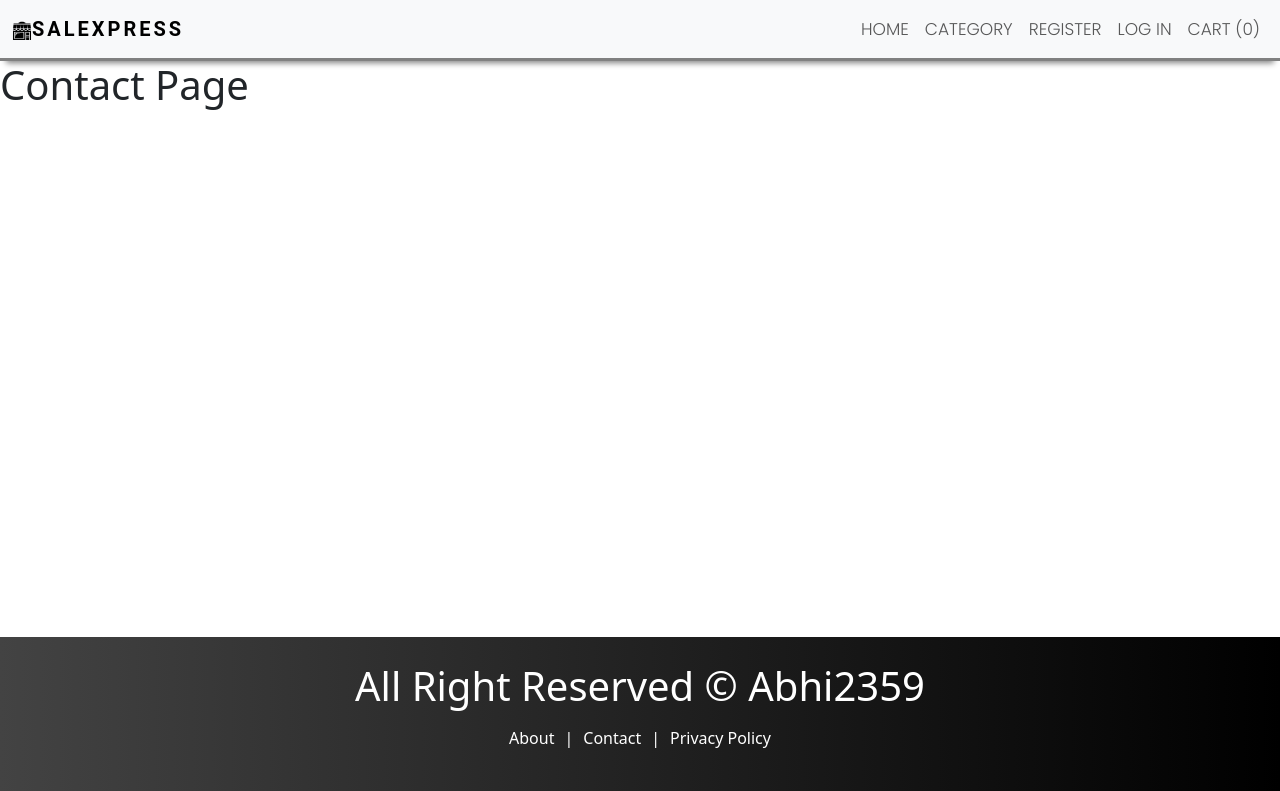
Repository: Abhi2359/SaleXpress
Page: /contact (app in client/)
These files come from the project's save history. The page is drawn as it stood at one moment and after the next save; the edit follows.
The browser window is 1280 px wide. The pictures show the whole page.
The project was rebuilt for these pictures with package versions that can differ from the ones it lists, and the page was loaded fresh each time. Also part of the build but not shown: client/vite.config.js, client/src/pages/HomePage.jsx, client/src/pages/About.jsx, client/src/pages/Policy.jsx, client/src/pages/PageNotFound.jsx.

Above is the page before, as saved 2023-05-08 19:35:33.

### client/index.html
<!DOCTYPE html>
<html lang="en">
  <head>
    <meta charset="UTF-8" />
    <link href="https://cdn.jsdelivr.net/npm/bootstrap@5.3.0-alpha3/dist/css/bootstrap.min.css" rel="stylesheet" integrity="sha384-KK94CHFLLe+nY2dmCWGMq91rCGa5gtU4mk92HdvYe+M/SXH301p5ILy+dN9+nJOZ" crossorigin="anonymous">
    <meta name="viewport" content="width=device-width, initial-scale=1.0" />
    <title>SaleXpress</title>
  </head>
  <body>
    <div id="root"></div>
    <script src="https://cdn.jsdelivr.net/npm/bootstrap@5.3.0-alpha3/dist/js/bootstrap.bundle.min.js" integrity="sha384-ENjdO4Dr2bkBIFxQpeoTz1HIcje39Wm4jDKdf19U8gI4ddQ3GYNS7NTKfAdVQSZe" crossorigin="anonymous"></script>
    <script type="module" src="/src/main.jsx"></script>
  </body>
</html>

### client/src/main.jsx
import React from 'react'
import ReactDOM from 'react-dom/client'
import App from './App.jsx'
import './index.css'
import {BrowserRouter} from "react-router-dom"

ReactDOM.createRoot(document.getElementById('root')).render(
  <BrowserRouter>

  <React.StrictMode>
    <App />
  </React.StrictMode>
  </BrowserRouter>
)

### client/src/App.jsx

import {Routes,Route} from "react-router-dom"
import Homepage from "./pages/HomePage"
import About from "./pages/About"
import Policy from "./pages/Policy"
import PageNotFound from "./pages/PageNotFound"
import Contact from "./pages/Contact"
function App() {

  return (
    <>

<Routes>
  <Route path='/' element={<Homepage/>}/>
  <Route path='/about' element={<About/>}/>
  <Route path='/contact' element={<Contact/>}/>
  <Route path='/policy' element={<Policy/>}/>
  <Route path='*' element={<PageNotFound/>}/>

</Routes>


    </>
  )
}

export default App

### client/src/index.css

@import url('https://fonts.googleapis.com/css2?family=Heebo:wght@600&family=Kumbh+Sans:wght@800&family=Playfair+Display:wght@700&family=Poppins:ital,wght@0,300;0,400;0,500;1,300;1,600&display=swap');


*{
    margin: 0;
    padding: 0;
    box-sizing: border-box;
}

/* font-family: 'Poppins', sans-serif; */
/* font-family: 'Playfair Display', serif; */

/* Navbar CSS */

.navbar {
    font-family: "Poppins", sans-serif;
    font-size: 17px;
    line-height: 26px;
    text-transform: uppercase;
    box-shadow: 0 8px 6px -6px gray;
    --webkit-box-shadow: 0 8px 6px -6px gray;
    border-bottom: solid gray !important;
  }

  .nav-link {
    font-weight: 300 !important;
  }

  .active {
    border-bottom: 2px solid black;
  }

  .navbar-brand {
    font-weight: 700;
    font-family: "roboto", sans-serif;
    letter-spacing: 3px;
  }
  /* =============================
  ==========footer============= */

  .footer {
    color: white;
    padding: 25px;
    background: #000000; /* fallback for old browsers */
    background: -webkit-linear-gradient(
      to right,
      #434343,
      #000000
    ); /* Chrome 10-25, Safari 5.1-6 */
    background: linear-gradient(to right, #434343, #000000);
  }

  .footer a {
    text-decoration: none;
    color: white;
    padding: 10px;
  }

  .footer a:hover {
    color: #ffefba;
    border-bottom: 1px solid #ffefba;
  }
  /* =================================
  ======== page not found css ======= */
  .pnf {
    display: flex;
    min-height: 65vh;
    flex-direction: column;
    align-items: center;
    justify-content: center;
  }

  .pnf-title {
    font-size: 100px;
    font-weight: 700;
  }

  .pnf-heading {
    font-weight: normal;
  }

  .pnf-btn {
    color: black;
    border: 1px solid black;
    text-decoration: none;
    padding: 10px;
    margin-top: 10px;
  }
  .pnf-btn:hover {
    background-color: black;
    color: white;
  }
  /* ========================================= */
  /* =========contact us ========= */
  .contactus {
    margin: 0;
    padding: 0;
    height: 70vh;
    display: flex;
    align-items: center;
    justify-content: center;
  }

### client/src/pages/Contact.jsx
import React from 'react'
import Layout from '../components/Layout/Layout'

const Contact = () => {
  return (
  <Layout>
    <h1>Contact Page</h1>
  </Layout>
  )
}

export default Contact

### client/src/components/Layout/Layout.jsx
import React from 'react'
import Header from './Header'
import Footer from './Footer'

const Layout = ({children}) => {
  return (
    <div>
        <Header/>
        <main style={{minHeight:"80vh"}}>

        {children}
        </main>
        <Footer/>
    </div>
  )
}

export default Layout

### client/src/components/Layout/Header.jsx
import React from "react";
import { NavLink,Link } from "react-router-dom";
import {GiShop} from "react-icons/gi"
const Header = () => {
  return (
    <>
      <nav className="navbar navbar-expand-lg bg-body-tertiary">
        <div className="container-fluid">
          <button
            className="navbar-toggler"
            type="button"
            data-bs-toggle="collapse"
            data-bs-target="#navbarTogglerDemo01"
            aria-controls="navbarTogglerDemo01"
            aria-expanded="false"
            aria-label="Toggle navigation"
          >
            <span className="navbar-toggler-icon"></span>
          </button>
          <div className="collapse navbar-collapse" id="navbarTogglerDemo01">
            <Link to="/" className="navbar-brand">
              <GiShop />SaleXpress
            </Link>
            <ul className="navbar-nav ms-auto mb-2 mb-lg-0">
              <li className="nav-item">
                <NavLink to="/" className="nav-link ">
                  Home
                </NavLink>
              </li>
              <li className="nav-item">
                <NavLink to="/category" className="nav-link">
                  Category
                </NavLink>
              </li>
              <li className="nav-item">
                <NavLink to="/register" className="nav-link">
                  Register
                </NavLink>
              </li>
              <li className="nav-item">
                <NavLink to="/login" className="nav-link">
                  Log In
                </NavLink>
              </li>
              <li className="nav-item">
                <NavLink to="/cart" className="nav-link">
                  {" "}
                  Cart (0)
                </NavLink>
              </li>
            </ul>
          </div>
        </div>
      </nav>
    </>
  );
};

export default Header;

### client/src/components/Layout/Footer.jsx
import React from "react";
import { Link } from "react-router-dom";
const Footer = () => {
  return (
    <div className="footer">
      <h1 className="text-center">All Right Reserved &copy; Abhi2359</h1>
      <p className="text-center mt-3">
        <Link to="/about">About</Link>|<Link to="/contact">Contact</Link>|
        <Link to="/policy">Privacy Policy</Link>
      </p>
    </div>
  );
};

export default Footer;

After the next save:
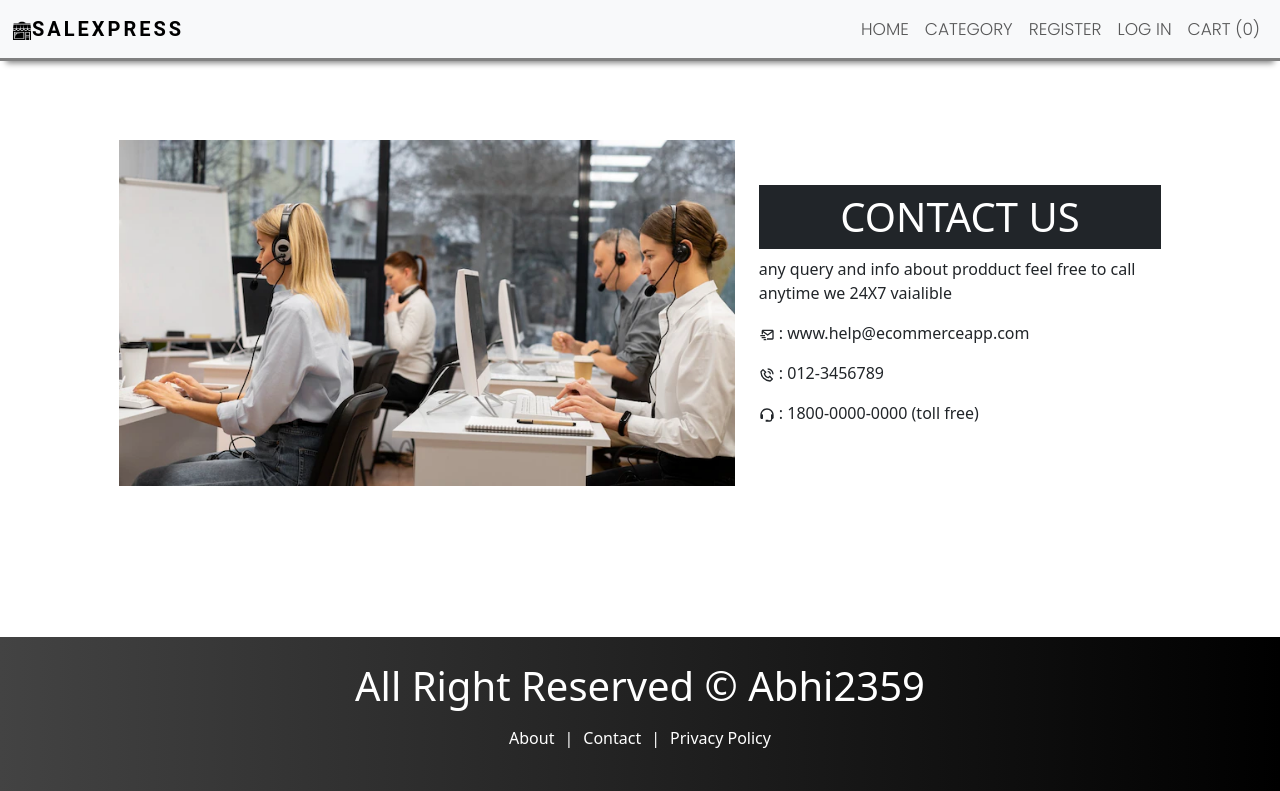
Saved 95 s later.
--- a/client/src/pages/Contact.jsx
+++ b/client/src/pages/Contact.jsx
@@ -1,12 +1,36 @@
-import React from 'react'
-import Layout from '../components/Layout/Layout'
-
+import React from "react";
+import Layout from "./../components/Layout/Layout";
+import { BiMailSend, BiPhoneCall, BiSupport } from "react-icons/bi";
 const Contact = () => {
   return (
-  <Layout>
-    <h1>Contact Page</h1>
-  </Layout>
-  )
-}
+    <Layout>
+      <div className="row contactus ">
+        <div className="col-md-6 ">
+          <img
+            src="/images/contactus.jpeg"
+            alt="contactus"
+            style={{ width: "100%" }}
+          />
+        </div>
+        <div className="col-md-4">
+          <h1 className="bg-dark p-2 text-white text-center">CONTACT US</h1>
+          <p className="text-justify mt-2">
+            any query and info about prodduct feel free to call anytime we 24X7
+            vaialible
+          </p>
+          <p className="mt-3">
+            <BiMailSend /> : www.help@ecommerceapp.com
+          </p>
+          <p className="mt-3">
+            <BiPhoneCall /> : 012-3456789
+          </p>
+          <p className="mt-3">
+            <BiSupport /> : 1800-0000-0000 (toll free)
+          </p>
+        </div>
+      </div>
+    </Layout>
+  );
+};
 
-export default Contact
+export default Contact;
